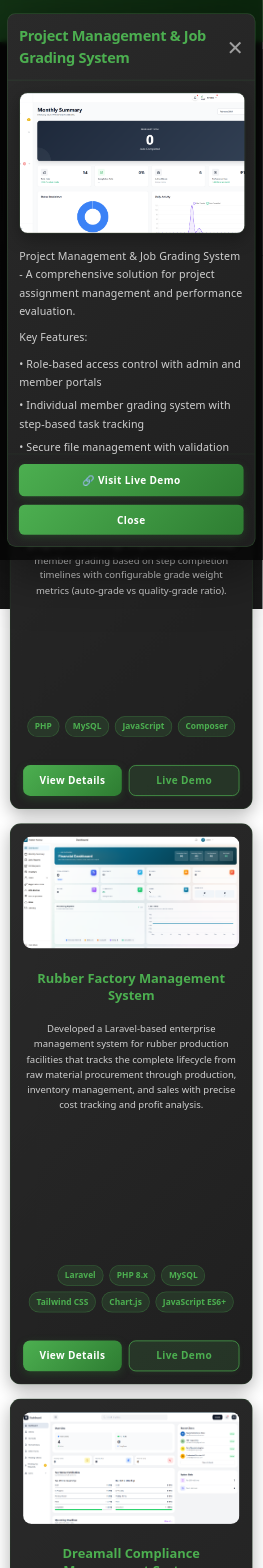
Repository: SAYANA11/portfolio
Page: /Projects, after clicking the first element matching `button.project-button`
The author's editor kept a copy of each file at every save. The page is drawn from the files as they stood at one save, then again after the next save.
The browser window is 375 px wide. The pictures show the part of the page from y = 0 to 2240 px (the page is 5530 px tall), at 70% of full size.
An inner scrolling area shows only its first screen. The project was rebuilt for these pictures with package versions that can differ from the ones it lists, and the page was loaded fresh each time. Also part of the build but not shown: vite.config.js, src/components/Hero.jsx, src/components/Skills.css, src/components/Skills.jsx.

Above is the page before, as saved 2026-02-17 17:35:33.

### index.html
<!doctype html>
<html lang="en">
  <head>
    <meta charset="UTF-8" />
    <link rel="icon" type="image/svg+xml" href="/vite.svg" />
    <meta name="viewport" content="width=device-width, initial-scale=1.0" />
    <title>Muhammad Husayn Aiyub - Portfolio</title>
  </head>
  <body>
    <div id="root"></div>
    <script type="module" src="/src/main.jsx"></script>
  </body>
</html>

### src/index.css
:root {
  font-family: system-ui, Avenir, Helvetica, Arial, sans-serif;
  line-height: 1.5;
  font-weight: 400;

  color-scheme: light dark;
  color: rgba(255, 255, 255, 0.87);
  background-color: #242424;

  font-synthesis: none;
  text-rendering: optimizeLegibility;
  -webkit-font-smoothing: antialiased;
  -moz-osx-font-smoothing: grayscale;
}
/* Add in index.css or global style file */

a {
  font-weight: 500;
  color: #646cff;
  text-decoration: inherit;
}
a:hover {
  color: #535bf2;
}

html, body, #root {
  height: 100%;
  margin: 0;
  padding: 0;
}

body {
  margin: 0;
  min-width: 320px;
  background: linear-gradient(135deg, #0f0f0f 0%, #1a1a1a 100%);
  min-height: 100vh;
  position: relative;
}

body::before {
  content: '';
  position: fixed;
  top: 0;
  left: 0;
  right: 0;
  bottom: 0;
  background: linear-gradient(135deg, #0f0f0f 0%, #1a1a1a 100%);
  z-index: -1;
}

h1 {
  font-size: 3.2em;
  line-height: 1.1;
}

button {
  border-radius: 8px;
  border: 1px solid transparent;
  padding: 0.6em 1.2em;
  font-size: 1em;
  font-weight: 500;
  font-family: inherit;
  background-color: #1a1a1a;
  cursor: pointer;
  transition: border-color 0.25s;
}
button:hover {
  border-color: #646cff;
}
button:focus,
button:focus-visible {
  outline: 4px auto -webkit-focus-ring-color;
}

@media (prefers-color-scheme: light) {
  :root {
    color: #213547;
    background-color: #ffffff;
  }
  a:hover {
    color: #747bff;
  }
  button {
    background-color: #f9f9f9;
  }
}

### src/App.jsx
import React from "react";
import { BrowserRouter as Router, Routes, Route } from "react-router-dom";
import NavBar from "./components/Navbar";
import Hero from "./components/Hero";
import Projects from "./components/Projects";
import Skills from "./components/Skills";

function App() {
  return (
    <Router>
      <NavBar />
      <Routes>
        <Route path="/" element={<Hero />} />
        <Route path="/Projects" element={<Projects />} />
        <Route path="/Skills" element={<Skills />} />
      </Routes>
    </Router>
  );
}

export default App;

### src/components/Navbar.jsx
import React from "react";
import { Link } from "react-router-dom";
import "./Navbar.css";

const NavBar = () => {
  return (
    <nav className="navbar">
      <ul>
        <li>
          <Link to="/">Home</Link>
        </li>
        <li>
          <Link to="/Projects">Projects</Link>
        </li>
        <li>
          <Link to="/Skills">Skills</Link>
        </li>
      </ul>
    </nav>
  );
};

export default NavBar;

### src/components/Navbar.css
.navbar {
    background: linear-gradient(90deg, #2e7d32 0%, #1b5e20 100%);
    color: white;
    padding: 15px 40px;
    position: fixed;
    width: 100%;
    height: 60px;
    top: 0;
    z-index: 1000;
    display: flex;
    align-items: center;
    justify-content: flex-end;
    box-shadow: 0 4px 12px rgba(0, 0, 0, 0.3);
    backdrop-filter: blur(10px);
    box-sizing: border-box;
}

.navbar ul {
    list-style: none;
    padding: 0;
    margin: 0 20px 0 0;
    display: flex;
    gap: 35px;
}

.navbar ul li {
    font-size: 16px;
    transition: all 0.3s cubic-bezier(0.4, 0, 0.2, 1);
    position: relative;
}

.navbar ul li a {
    color: #e0e0e0;
    text-decoration: none;
    transition: all 0.3s cubic-bezier(0.4, 0, 0.2, 1);
    padding: 8px 12px;
    display: block;
    border-radius: 6px;
    font-weight: 500;
    letter-spacing: 0.3px;
}

.navbar ul li a::after {
    content: '';
    position: absolute;
    bottom: 0;
    left: 0;
    width: 0;
    height: 2px;
    background: #ffd700;
    transition: width 0.3s ease;
    border-radius: 2px;
}

.navbar ul li a:hover {
    color: white;
    background: rgba(76, 175, 80, 0.2);
}

.navbar ul li a:hover::after {
    width: 100%;
}

/* Responsive */
@media (max-width: 768px) {
    .navbar ul {
        gap: 10px; /* Reduce spacing for smaller screens */
        margin: 0 10px 0 0; /* Adjust margin for smaller screens */
    }

    .navbar ul li {
        font-size: 16px; /* Adjust font size for smaller screens */
    }
}

### src/components/Projects.css
/* Projects Container */
.projects-container {
  margin-top: 100px;
  padding: 50px 40px;
  max-width: 1200px;
  margin-left: auto;
  margin-right: auto;
  background: transparent;
  border-radius: 0;
  box-shadow: none;
  text-align: center;
}

.projects-title {
  font-size: 2.8rem;
  font-weight: 700;
  background: linear-gradient(135deg, #4caf50, #2e7d32);
  -webkit-background-clip: text;
  -webkit-text-fill-color: transparent;
  background-clip: text;
  margin-bottom: 8px;
  letter-spacing: -0.02em;
}

.projects-subtitle {
  font-size: 1.15rem;
  color: #a0a0a0;
  margin-bottom: 60px;
  font-weight: 400;
  letter-spacing: 0.3px;
}

/* Projects Section */
.projects-section {
  margin-bottom: 80px;
}

.section-heading {
  font-size: 1.8rem;
  font-weight: 700;
  color: #81c784;
  margin-bottom: 40px;
  letter-spacing: 0.3px;
  padding-bottom: 16px;
  border-bottom: 2px solid rgba(76, 175, 80, 0.2);
  display: inline-block;
  min-width: 200px;
}

/* Projects List */
.projects-list {
  list-style: none;
  padding: 0;
  margin: 0;
  display: grid;
  grid-template-columns: repeat(auto-fit, minmax(320px, 1fr));
  gap: 28px;
  justify-items: center;
}

.project-item {
  flex: 0 1 calc(33.333% - 20px);
  width: 100%;
  max-width: 360px;
  min-height: 800px;
  background: linear-gradient(135deg, #2a2a2a 0%, #1f1f1f 100%);
  border: 1px solid rgba(76, 175, 80, 0.15);
  border-radius: 16px;
  box-shadow: 0 8px 24px rgba(0, 0, 0, 0.3);
  overflow: hidden;
  transition: all 0.3s cubic-bezier(0.4, 0, 0.2, 1);
  display: flex;
  flex-direction: column;
}

.project-item:hover {
  transform: translateY(-8px);
  box-shadow: 0 16px 48px rgba(46, 125, 50, 0.25);
  border-color: rgba(76, 175, 80, 0.4);
}

/* Project Card */
.project-card {
  padding: 24px;
  text-align: center;
  display: flex;
  flex-direction: column;
  height: 100%;
}

.project-image {
  width: 100%;
  height: 200px;
  object-fit: cover;
  border-radius: 12px;
  margin-bottom: 18px;
  transition: transform 0.3s ease;
}

.project-item:hover .project-image {
  transform: scale(1.05);
}

.project-title {
  font-size: 1.4rem;
  font-weight: 700;
  color: #4caf50;
  margin-bottom: 12px;
  line-height: 1.3;
}

.project-description {
  font-size: 0.95rem;
  color: #d0d0d0;
  margin-bottom: 16px;
  line-height: 1.6;
  flex-grow: 1;
}

/* Project Technologies */
.project-technologies {
  display: flex;
  flex-wrap: wrap;
  gap: 8px;
  margin-bottom: 20px;
  justify-content: center;
}

.tech-tag {
  display: inline-block;
  padding: 6px 14px;
  background-color: rgba(76, 175, 80, 0.15);
  color: #4caf50;
  border-radius: 20px;
  font-size: 0.8rem;
  font-weight: 600;
  border: 1px solid rgba(76, 175, 80, 0.3);
  transition: all 0.3s ease;
}

.tech-tag:hover {
  background-color: rgba(76, 175, 80, 0.25);
  border-color: rgba(76, 175, 80, 0.5);
}

/* Buttons Container */
.project-buttons {
  display: flex;
  gap: 12px;
  flex-wrap: wrap;
  justify-content: center;
  margin-top: auto;
  padding-top: 20px;
}

/* Project Button Styles */
.project-button {
  display: inline-flex;
  align-items: center;
  justify-content: center;
  padding: 11px 24px;
  font-size: 0.95rem;
  font-weight: 600;
  text-decoration: none;
  border-radius: 10px;
  transition: all 0.3s cubic-bezier(0.4, 0, 0.2, 1);
  border: none;
  cursor: pointer;
  letter-spacing: 0.5px;
  flex: 1;
  min-width: 140px;
}

.project-button-primary {
  background: linear-gradient(135deg, #4caf50, #2e7d32);
  color: #ffffff;
  box-shadow: 0 4px 12px rgba(46, 125, 50, 0.3);
}

.project-button-primary:hover {
  transform: translateY(-3px);
  box-shadow: 0 8px 20px rgba(46, 125, 50, 0.4);
}

.project-button-secondary {
  background: rgba(76, 175, 80, 0.15);
  color: #4caf50;
  border: 1.5px solid #4caf50;
  box-shadow: 0 2px 8px rgba(76, 175, 80, 0.1);
}

.project-button-secondary:hover {
  background: rgba(76, 175, 80, 0.25);
  border-color: #81c784;
  color: #81c784;
  transform: translateY(-2px);
  box-shadow: 0 6px 16px rgba(76, 175, 80, 0.2);
}

/* Responsive Design */
@media (max-width: 1024px) {
  .projects-container {
    padding: 40px 30px;
  }

  .projects-list {
    grid-template-columns: repeat(auto-fit, minmax(280px, 1fr));
    gap: 24px;
  }

  .projects-title {
    font-size: 2.2rem;
  }

  .section-heading {
    font-size: 1.5rem;
  }
}

@media (max-width: 768px) {
  .projects-container {
    margin-top: 80px;
    padding: 30px 20px;
  }

  .projects-list {
    grid-template-columns: 1fr;
    gap: 20px;
  }

  .projects-title {
    font-size: 1.9rem;
  }

  .section-heading {
    font-size: 1.4rem;
    margin-bottom: 30px;
  }

  .project-description {
    font-size: 0.9rem;
  }

  .project-buttons {
    gap: 10px;
  }

  .project-button {
    padding: 10px 18px;
    font-size: 0.9rem;
    min-width: 120px;
    flex: auto;
  }
}

/* Modal Styles */
.modal-overlay {
  position: fixed;
  top: 0;
  left: 0;
  right: 0;
  bottom: 0;
  background-color: rgba(0, 0, 0, 0.6);
  display: flex;
  align-items: center;
  justify-content: center;
  z-index: 1000;
  padding: 20px;
  animation: fadeInOverlay 0.3s ease;
  backdrop-filter: blur(4px);
}

@keyframes fadeInOverlay {
  from {
    opacity: 0;
  }
  to {
    opacity: 1;
  }
}

.modal-content {
  background: linear-gradient(135deg, #2a2a2a 0%, #1f1f1f 100%);
  border: 1px solid rgba(76, 175, 80, 0.25);
  border-radius: 20px;
  max-width: 900px;
  width: 100%;
  max-height: 90vh;
  overflow-y: auto;
  box-shadow: 0 25px 80px rgba(0, 0, 0, 0.6);
  display: flex;
  flex-direction: column;
  animation: slideInModal 0.3s cubic-bezier(0.4, 0, 0.2, 1);
}

@keyframes slideInModal {
  from {
    transform: translateY(-50px);
    opacity: 0;
  }
  to {
    transform: translateY(0);
    opacity: 1;
  }
}

.modal-header {
  padding: 28px 28px 16px;
  display: flex;
  justify-content: space-between;
  align-items: center;
  border-bottom: 1px solid rgba(76, 175, 80, 0.15);
}

.modal-title {
  font-size: 2rem;
  font-weight: 700;
  color: #4caf50;
  margin: 0;
  text-align: left;
  letter-spacing: -0.02em;
}

.modal-close-btn {
  background: none;
  border: none;
  color: #a0a0a0;
  font-size: 1.5rem;
  cursor: pointer;
  transition: color 0.3s ease;
  padding: 0;
  width: 32px;
  height: 32px;
  display: flex;
  align-items: center;
  justify-content: center;
}

.modal-close-btn:hover {
  color: #4caf50;
}

.modal-body {
  padding: 32px 36px;
  flex: 1;
  overflow-y: auto;
}

.modal-image {
  width: 100%;
  height: 350px;
  object-fit: cover;
  border-radius: 14px;
  margin-bottom: 28px;
  border: 1px solid rgba(76, 175, 80, 0.2);
  box-shadow: 0 8px 24px rgba(0, 0, 0, 0.3);
}

.modal-description {
  color: #e0e0e0;
  font-size: 5rem;
  line-height: 1.9;
  margin-bottom: 28px;
  text-align: left;
  letter-spacing: 0.3px;
}

.modal-description p {
  margin: 0 0 14px 0;
  font-size: 5rem;
  color: #e0e0e0;
  line-height: 1.9;
}

.modal-technologies {
  margin-bottom: 24px;
}

.tech-label {
  font-size: 1.5rem;
  font-weight: 700;
  color: #4caf50;
  margin: 0 0 12px 0;
  text-align: left;
}

.modal-tech-tags {
  display: flex;
  flex-wrap: wrap;
  gap: 10px;
}

.modal-tech-tag {
  display: inline-block;
  padding: 8px 16px;
  background-color: rgba(76, 175, 80, 0.15);
  color: #4caf50;
  border-radius: 20px;
  font-size: 1.3rem;
  font-weight: 600;
  border: 1px solid rgba(76, 175, 80, 0.3);
  transition: all 0.3s ease;
}

.modal-tech-tag:hover {
  background-color: rgba(76, 175, 80, 0.25);
  border-color: rgba(76, 175, 80, 0.5);
}

.modal-footer {
  padding: 20px 28px;
  border-top: 1px solid rgba(76, 175, 80, 0.15);
  display: flex;
  gap: 12px;
  flex-wrap: wrap;
}

.modal-button {
  flex: 1;
  padding: 12px 20px;
  background: linear-gradient(135deg, #4caf50, #2e7d32);
  color: #ffffff;
  text-decoration: none;
  border: none;
  border-radius: 10px;
  font-size: 1.4rem;
  font-weight: 600;
  cursor: pointer;
  transition: all 0.3s cubic-bezier(0.4, 0, 0.2, 1);
  display: flex;
  align-items: center;
  justify-content: center;
  box-shadow: 0 4px 12px rgba(46, 125, 50, 0.3);
  letter-spacing: 0.5px;
}

.modal-button:hover {
  transform: translateY(-2px);
  box-shadow: 0 6px 16px rgba(46, 125, 50, 0.4);
}

.modal-button-close {
  background: rgba(76, 175, 80, 0.15);
  color: #4caf50;
  border: 1.5px solid #4caf50;
  box-shadow: 0 2px 8px rgba(76, 175, 80, 0.1);
}

.modal-button-close:hover {
  background: rgba(76, 175, 80, 0.25);
  border-color: #81c784;
  color: #81c784;
}
  /* color: #4caf50;
  margin: 0;
  line-height: 1.3;
  flex: 1;
} */

.modal-close-btn {
  background: none;
  border: none;
  font-size: 2rem;
  color: #a0a0a0;
  cursor: pointer;
  transition: color 0.3s ease;
  padding: 0;
  width: 40px;
  height: 40px;
  display: flex;
  align-items: center;
  justify-content: center;
  border-radius: 8px;
  margin-left: 16px;
}

.modal-close-btn:hover {
  color: #4caf50;
  background-color: rgba(76, 175, 80, 0.1);
}

.modal-body {
  padding: 24px 28px;
  flex: 1;
}

.modal-image {
  width: 100%;
  height: 300px;
  object-fit: cover;
  border-radius: 12px;
  margin-bottom: 20px;
  border: 1px solid rgba(76, 175, 80, 0.15);
}

.modal-description {
  font-size: 1rem;
  color: #d0d0d0;
  line-height: 1.8;
  margin-bottom: 24px;
  letter-spacing: 0.3px;
}

.modal-description p {
  margin-bottom: 12px;
  font-size: 0.95rem;
  color: #d0d0d0;
  line-height: 1.7;
  letter-spacing: 0.2px;
}

.modal-description p:last-child {
  margin-bottom: 0;
}

.modal-technologies {
  margin-bottom: 20px;
}

.tech-label {
  font-size: 1rem;
  font-weight: 700;
  color: #4caf50;
  margin: 0 0 12px 0;
  letter-spacing: 0.5px;
}

.modal-tech-tags {
  display: flex;
  flex-wrap: wrap;
  gap: 10px;
}

.modal-tech-tag {
  display: inline-block;
  padding: 8px 16px;
  background-color: rgba(76, 175, 80, 0.15);
  color: #4caf50;
  border-radius: 20px;
  font-size: 0.85rem;
  font-weight: 600;
  border: 1px solid rgba(76, 175, 80, 0.3);
  transition: all 0.3s ease;
}

.modal-tech-tag:hover {
  background-color: rgba(76, 175, 80, 0.25);
  border-color: rgba(76, 175, 80, 0.5);
}

.modal-footer {
  padding: 20px 28px 28px;
  border-top: 1px solid rgba(76, 175, 80, 0.15);
  display: flex;
  gap: 12px;
}

.modal-button {
  flex: 1;
  padding: 14px 28px;
  background: linear-gradient(135deg, #4caf50, #2e7d32);
  color: #ffffff;
  font-size: 1rem;
  font-weight: 700;
  text-decoration: none;
  border-radius: 8px;
  border: none;
  cursor: pointer;
  transition: all 0.3s cubic-bezier(0.4, 0, 0.2, 1);
  box-shadow: 0 4px 12px rgba(46, 125, 50, 0.3);
  text-align: center;
  letter-spacing: 0.5px;
}

.modal-button:hover {
  transform: translateY(-2px);
  box-shadow: 0 8px 20px rgba(46, 125, 50, 0.4);
  background: linear-gradient(135deg, #5bc45e, #3da140);
}

/* Modal Responsive Design */
@media (max-width: 768px) {
  .modal-content {
    max-width: 95%;
    border-radius: 12px;
  }

  .modal-header {
    padding: 20px 20px 12px;
  }

  .modal-title {
    font-size: 1.5rem;
  }

  .modal-body {
    padding: 18px 20px;
  }

  .modal-image {
    height: 240px;
    margin-bottom: 16px;
  }

  .modal-description {
    font-size: 0.95rem;
  }

  .modal-footer {
    padding: 16px 20px 20px;
  }

  .modal-button {
    padding: 12px 20px;
    font-size: 0.95rem;
  }
}

@media (max-width: 480px) {
  .projects-container {
    margin-top: 70px;
    padding: 20px 15px;
  }

  .projects-title {
    font-size: 1.6rem;
  }

  .projects-subtitle {
    font-size: 1rem;
  }

  .project-card {
    padding: 18px;
  }

  .project-image {
    height: 160px;
    margin-bottom: 12px;
  }

  .project-title {
    font-size: 1.15rem;
  }

  .project-description {
    font-size: 0.85rem;
  }

  .tech-tag {
    font-size: 0.75rem;
    padding: 5px 10px;
  }

  .modal-overlay {
    padding: 10px;
  }

  .modal-content {
    max-width: 100%;
    max-height: 95vh;
  }

  .modal-header {
    padding: 16px;
  }

  .modal-title {
    font-size: 1.3rem;
  }

  .modal-close-btn {
    font-size: 1.8rem;
    width: 36px;
    height: 36px;
  }

  .modal-body {
    padding: 16px;
  }

  .modal-image {
    height: 200px;
    margin-bottom: 14px;
  }

  .modal-description {
    font-size: 0.9rem;
    line-height: 1.6;
  }

  .tech-label {
    font-size: 0.95rem;
  }

  .modal-tech-tag {
    font-size: 0.75rem;
    padding: 6px 12px;
  }

  .modal-footer {
    padding: 14px 16px 16px;
    flex-direction: column;
  }

  .modal-button {
    padding: 12px 20px;
    font-size: 0.9rem;
  }
}

Loaded but not shown: src/main.jsx (common file); src/components/Projects.jsx (191 lines, source omitted); src/components/Hero.css (512 lines, source omitted)

After the next save:
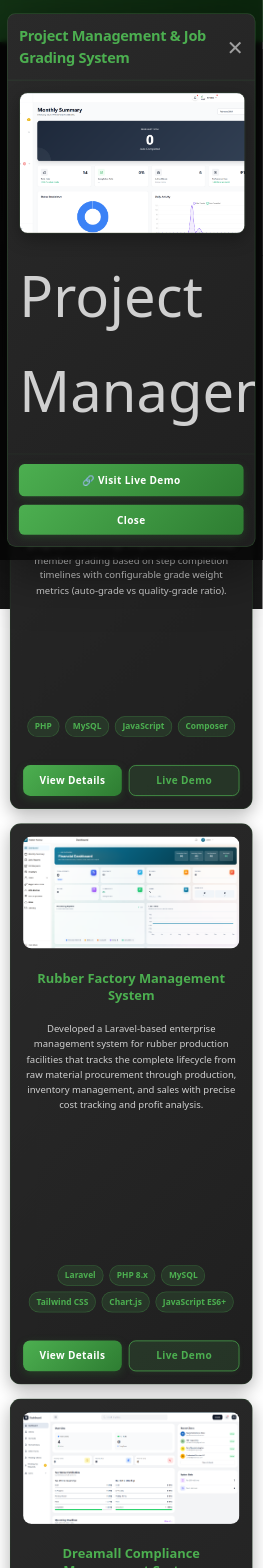
Saved 32 s later.
--- a/src/components/Projects.css
+++ b/src/components/Projects.css
@@ -494,7 +494,7 @@
 }
 
 .modal-description {
-  font-size: 1rem;
+  font-size: 5rem;
   color: #d0d0d0;
   line-height: 1.8;
   margin-bottom: 24px;
@@ -503,7 +503,7 @@
 
 .modal-description p {
   margin-bottom: 12px;
-  font-size: 0.95rem;
+  font-size: 5rem;
   color: #d0d0d0;
   line-height: 1.7;
   letter-spacing: 0.2px;
@@ -603,7 +603,7 @@
   }
 
   .modal-description {
-    font-size: 0.95rem;
+    font-size: 3rem;
   }
 
   .modal-footer {
@@ -685,7 +685,7 @@
   }
 
   .modal-description {
-    font-size: 0.9rem;
+    font-size: 2rem;
     line-height: 1.6;
   }
 

After the save that followed:
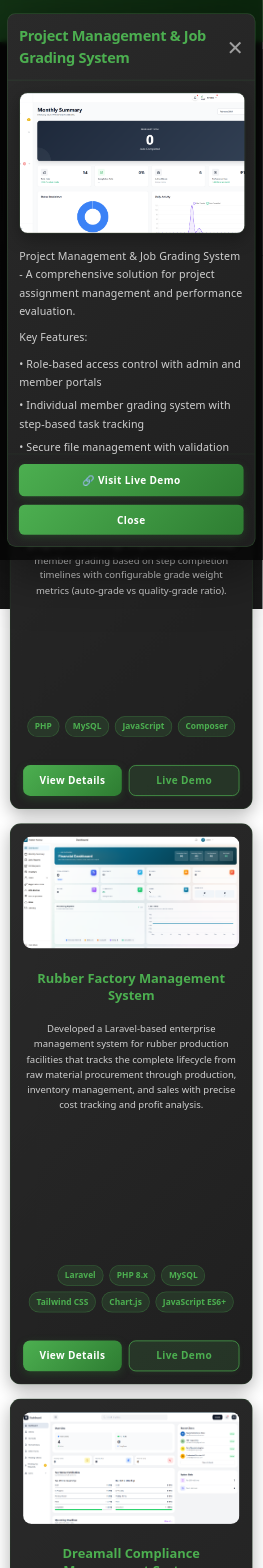
Saved 22 s later.
--- a/src/components/Projects.css
+++ b/src/components/Projects.css
@@ -358,7 +358,7 @@
 
 .modal-description {
   color: #e0e0e0;
-  font-size: 5rem;
+  font-size: 3.5rem;
   line-height: 1.9;
   margin-bottom: 28px;
   text-align: left;
@@ -367,7 +367,7 @@
 
 .modal-description p {
   margin: 0 0 14px 0;
-  font-size: 5rem;
+  font-size: 3.5rem;
   color: #e0e0e0;
   line-height: 1.9;
 }
@@ -494,7 +494,7 @@
 }
 
 .modal-description {
-  font-size: 5rem;
+  font-size: 1rem;
   color: #d0d0d0;
   line-height: 1.8;
   margin-bottom: 24px;
@@ -503,7 +503,7 @@
 
 .modal-description p {
   margin-bottom: 12px;
-  font-size: 5rem;
+  font-size: 0.95rem;
   color: #d0d0d0;
   line-height: 1.7;
   letter-spacing: 0.2px;
@@ -603,7 +603,7 @@
   }
 
   .modal-description {
-    font-size: 3rem;
+    font-size: 0.95rem;
   }
 
   .modal-footer {
@@ -685,7 +685,7 @@
   }
 
   .modal-description {
-    font-size: 2rem;
+    font-size: 0.9rem;
     line-height: 1.6;
   }
 
